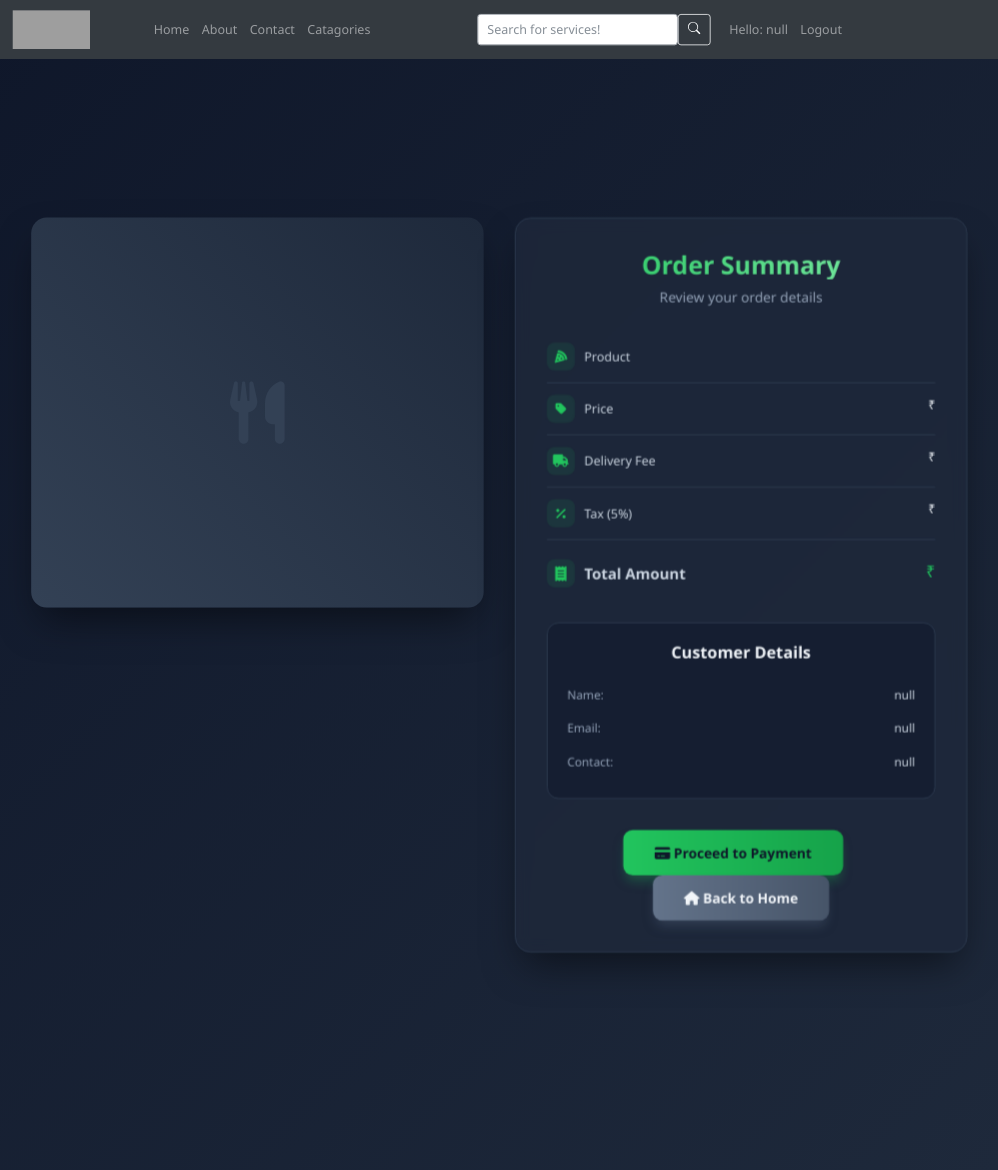
Repository: SAYAN-39/fooD
Page: http://localhost/jpa/WEB-INF/views/bill.jsp
An editor plug-in stored every save of this project. The page is shown before and after the next save, followed by the edit.
The browser window is 1280 px wide. The pictures show the whole page, at 78% of full size.
Pictures or frames that could not be fetched are drawn as grey boxes. Some web libraries are served in a nearby version. The page is served by Tomcat 10. Nobody is signed in. The template is opened directly, without the code that normally fills it, so the values that code supplies are empty.

Above is the page before, as saved 2025-07-18 07:10:58.

After the next save:
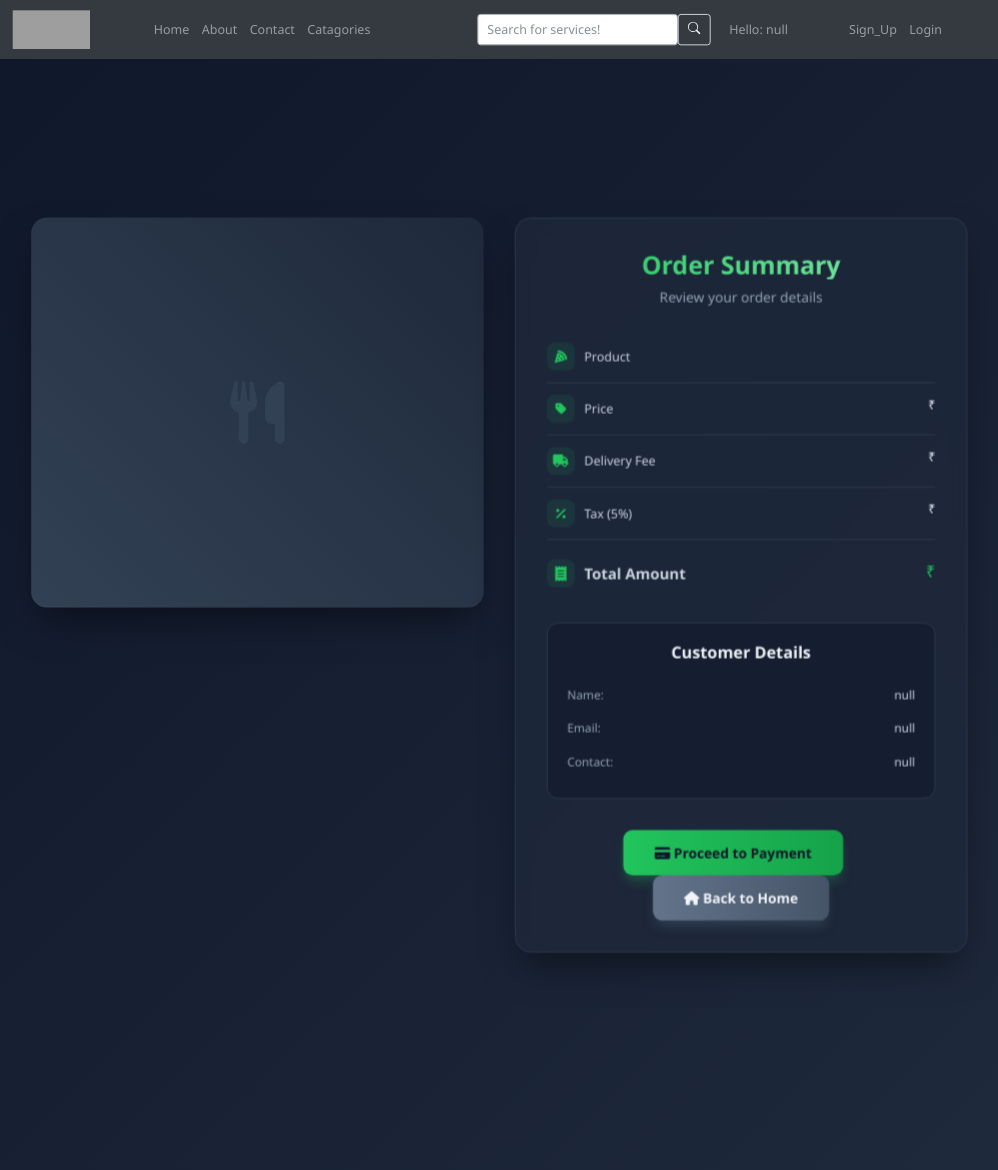
Saved 5 min 0 s later.
--- a/TempSBGP/jpa/src/main/webapp/WEB-INF/views/navbar.jsp
+++ b/TempSBGP/jpa/src/main/webapp/WEB-INF/views/navbar.jsp
@@ -46,19 +46,21 @@
       </a></li>
       <%
       if(str!=null){
+      %>
+      <li class="nav-item">
+      <a class="nav-link" href="#">Logout
+      </a></li>
 
-       %>
-     <li class="nav-item">
+
+    <%}else{ %>
+
+    <li class="nav-item">
       <a class="nav-link" href="reg">&nbsp&nbsp&nbsp&nbsp&nbsp&nbsp&nbsp&nbsp&nbsp&nbsp&nbsp&nbsp&nbsp&nbsp
      Sign_Up</a>
     </li>
     <li class="nav-item";float:right>
       <a class="nav-link" href="log">Login </a>
     </li>
-    <%}else{ %>
-    <li class="nav-item">
-      <a class="nav-link" href="#">Logout
-      </a></li>
       <%} %>
   </ul>
 </nav>
